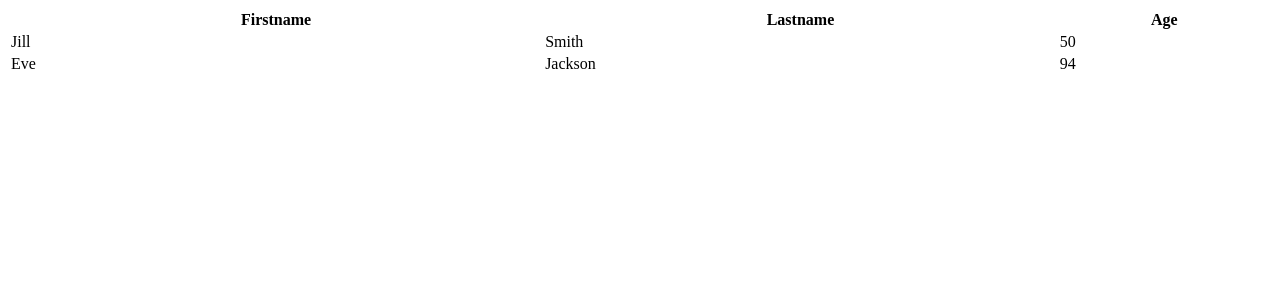
Repository: vishnu-pc/My-Website
Page: frontend/WebContent/main2.html
An editor plug-in stored every save of this project. The page is shown before and after the next save, followed by the edit.
The browser window is 1280 px wide. The pictures show the whole page.

Above is the page before, as saved 2019-12-25 08:00:14.

After the next save:
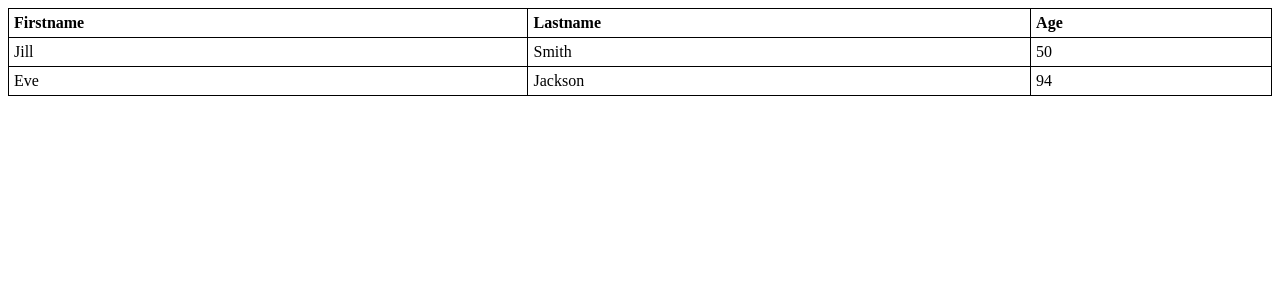
Saved 113 s later.
--- a/frontend/WebContent/main2.html
+++ b/frontend/WebContent/main2.html
@@ -2,7 +2,19 @@
 <html>
 <head>
 <meta charset="ISO-8859-1">
-<title>Insert title here</title>
+<title>Resume</title>
+<style>
+table, th, td {
+  border: 1px solid black;
+  border-collapse: collapse;
+}
+th, td {
+  padding: 5px;
+}
+th {
+  text-align: left;
+}
+</style>
 </head>
 <body>
 
